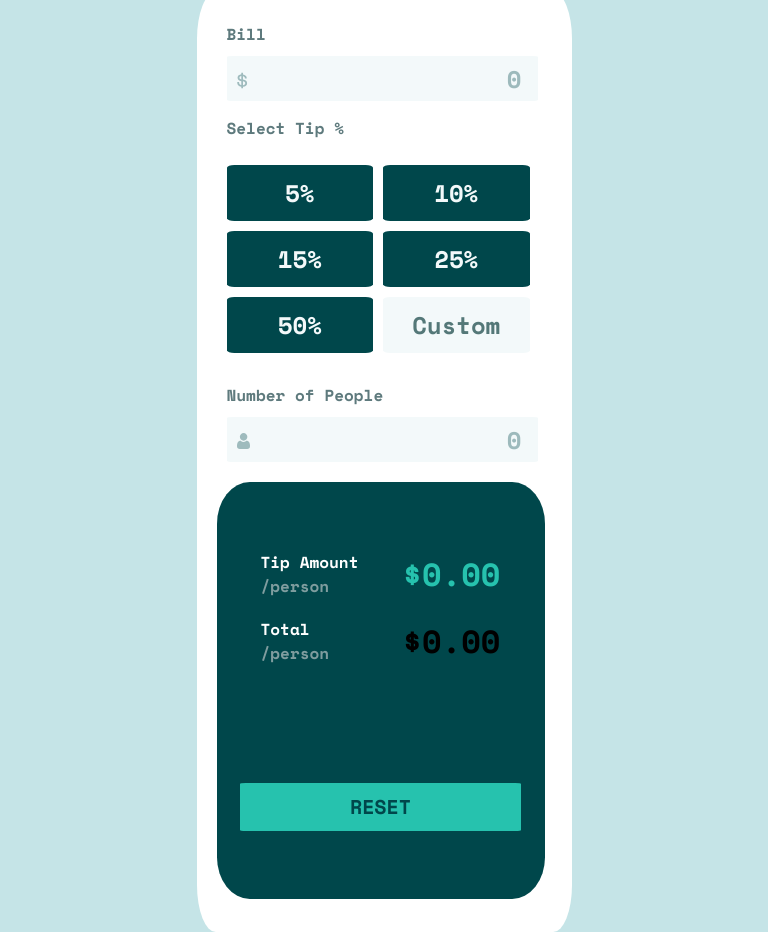
Repository: Arkitecth/tip-calculator
Page: index.html
These files come from the project's save history. The page is drawn as it stood at one moment and after the next save; the edit follows.
The browser window is 768 px wide. The pictures show the whole page.

Above is the page before, as saved 2023-06-09 20:09:43.

### index.html
<!DOCTYPE html>
<html lang="en">
<head>
  <meta charset="UTF-8">
  <meta name="viewport" content="width=device-width, initial-scale=1.0"> <!-- displays site properly based on user's device -->

  <link rel="icon" type="image/png" sizes="32x32" href="./images/favicon-32x32.png">
  <link rel="stylesheet" href="styles.css">
  <title>Tip calculator app</title>

</head>
<body>

  <main>
    <img src="images/logo.svg" alt="logo">
      <div class="app">
        <div class="entry">
          <div class="bill-entry">
            <p>Bill</p>
            <img src="images/icon-dollar.svg" alt="dollar sign"><input class="entry-input" type="text" name="Bill" id="Bill" placeholder="0">
          </div>

          <div class="tip-entry">
            <p>Select Tip %</p>
            <input type="button" value="5%">
            <input type="button" value="10%">
            <input type="button" value="15%">
            <input type="button" value="25%">
            <input type="button" value="50%">
            <input class="custom" type="button" value="Custom">
          </div>

          <div class="people-entry">
            <p>Number of People</p>
            <img src="images/icon-person.svg" alt="person sign"><input class="entry-input" type="text" name="people-entry" id="people-entry" placeholder="0">
          </div>

        </div>

        <div class="result">
          <div class="tip">
            <p class="title">Tip Amount
              <br>
              <span class="grey-color">/person</span>
            </p>
            <h1 class="amount">$0.00</h1>

          </div>

          <div class="total">
            <p class="title">Total
              <br>
              <span class="grey-color">/person</span>
            </p>
            <h1>$0.00</h1>
          </div>
          <button class="reset-button">Reset</button>
        </div>


  </div>
  </main>





</body>
</html>

### styles.css
@import url('https://fonts.googleapis.com/css2?family=Space+Mono:wght@700&display=swap');
* {
    margin: 0;
    padding: 0;
    font-family: 'Space Mono', monospace;
}

/* Main Styling */
body {
    background-color: #C5E4E7;

}

main {
    display: flex;
    flex-direction: column;
    justify-content: center;
    align-items: center;
    align-content: center;
    height: 100vh;
    gap: 70px;
}

/* App Styling */

.app {
    width: 920px;
    height: 481px;
    background-color: white;
    border-radius: 5%;
    display: grid;
    grid-template-columns: 1fr 1fr;
}

/* Entry Styling */

.entry {
    display: grid;
    padding-top: 30px;
    grid-template-rows: auto auto auto;
    padding-left: 30px;
    justify-content: center;
    color: #5E7A7D;
}

.entry p {
    margin-bottom: 10px;
}

.entry-input {
    background-color:#f3F9FA;
    width: 379px;
    height: 45px;
    border: none;
    border-radius: 2%;
    text-align: right;
    font-size: 1.5rem;
    color: #00474B;

}

.entry-input:focus {
    outline: none;
    border: 1px solid #26C2AE;

}

.entry-input::placeholder {
    text-align: right;
    font-size: 1.5rem;
    color:#00474B;
    opacity: 0.35;
    padding: 1rem;

}

/* Bill Styling */

.bill-entry {
    position: relative;
}

.bill-entry img {
    position: absolute;
    top: 50px;
    left: 10px;
}

/* Tip Entry */
.tip-entry p {
    padding: 10px;
}
.tip-entry input[type="button"] {
    width: 117px;
    padding: 10px;
    margin-bottom: 10px;
    background-color:#00474B;
    color: #f3F9FA;
    font-size: 1.5rem;
    border: none;
    border-radius: 5%;
    font-weight: 700;
}

.tip-entry input[type="button"]:active,.tip-entry input[type="button"]:hover {
    background-color: #26C2AE;
}
.tip-entry input[type="button"]:active {
    transform: translateY(4px);
}

.tip-entry input.custom {
    background-color: #F3F9FA;
    color:#547878;
}

/* People Entry Styling */
.people-entry {
    position: relative;
}
.people-entry img {
    position: absolute;
    top: 50px;
    left: 10px;
}

/* Result Styling */
.result {
    display: flex;
    flex-direction: column;
    background-color: #00474B;
    align-content: center;
    justify-content: space-evenly;
    border-radius: 10%;
    margin-top: 30px;
    width: 413px;
    height: 417px;
}

/* Tip Syling */
.tip {
    display: flex;
    flex-direction: row;
    justify-content: space-evenly;
    align-content: center;

}

.title {
    color: #FFFFFF;
    width: 98px;
}

.grey-color {
    color: #7F9D9F;
}

.amount {
    color: #26C2AE;
    font-size: 48px;
}

.total {
    display: flex;
    justify-content: space-evenly;
    transform: translateY(-50px);
}

/* Rest Button */
.reset-button {
    width: 333px;
    height: 48px;
    margin: 0 auto;
    text-transform: uppercase;
    font-size: 20px;
    background-color: #26C2AE;
    color: #00474B;
    border: none;
    border-radius: 2%;
}

.reset-button:hover,
.reset-button:active{
    background-color: #9FE8DF
}
.reset-button:active{
    transform: translateY(4px);
}

@media screen and (max-width:956px) {
    .app {
        display: grid;
        grid-template-rows: 1fr 1fr;
        width: 375px;
        height: 200%;
    }
    .entry-input {
        width: 311px;
    }
    .tip-entry p {
        padding: 15px 0;
    }
    .tip-entry input[type="button"]  {
        width: 146.63px;
    }
    .people-entry p {
        padding-top: 20px;
    }

    .people-entry img {
        transform: translateY(20px);
    }
    .result {
        grid-row: 2;
        width: 328px;
        margin: 10px auto;
        font-size: 16px;
        justify-content: space-evenly;
        margin-top: 20px;
        margin-left: 20px;
    }

    .reset-button {
        width: 281px;
    }

    .amount {
        font-size: 32px;
    }
}

After the next save:
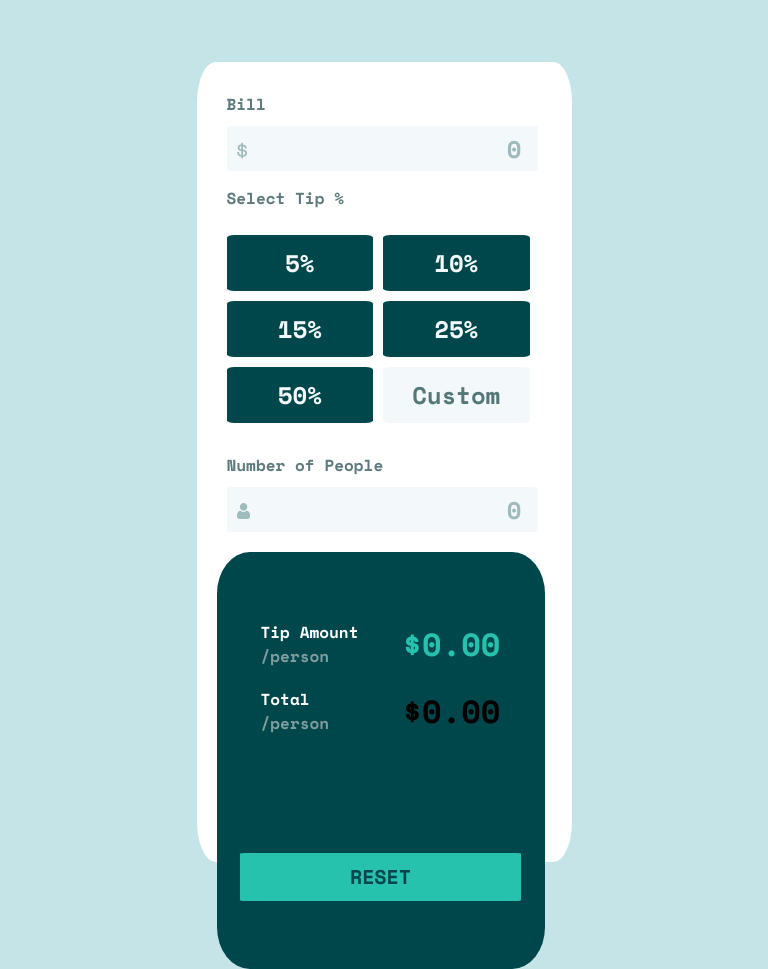
Saved 9 s later.
--- a/styles.css
+++ b/styles.css
@@ -192,7 +192,7 @@
         display: grid;
         grid-template-rows: 1fr 1fr;
         width: 375px;
-        height: 200%;
+        height: 100%;
     }
     .entry-input {
         width: 311px;
